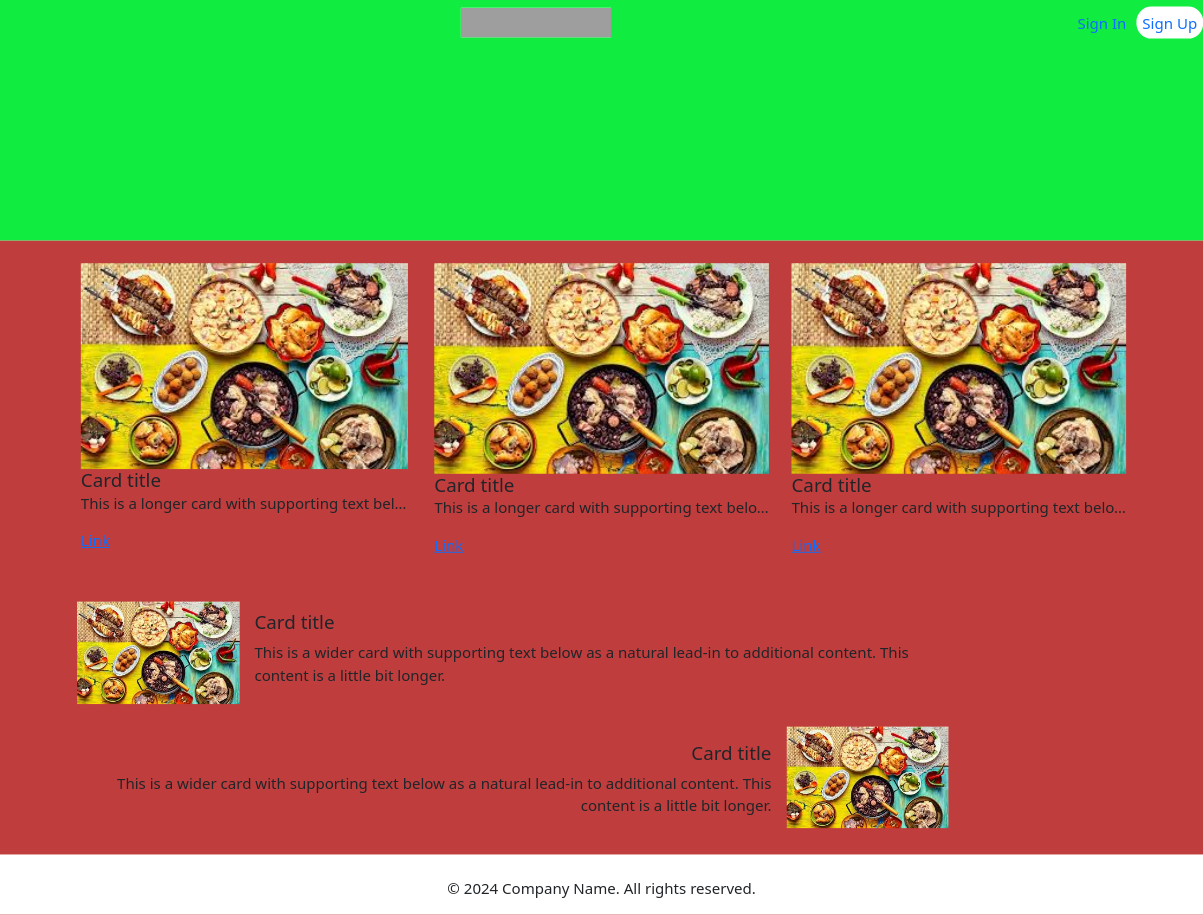
Repository: Joao-Rafael-mob/repoCurso
Page: index.html
These files come from the project's save history. The page is drawn as it stood at one moment and after the next save; the edit follows.
The browser window is 1280 px wide. The pictures show the whole page, at 94% of full size.
Pictures or frames that could not be fetched are drawn as grey boxes.

Above is the page before, as saved 2024-09-27 08:53:05.

### index.html
<!DOCTYPE html>
<html lang="en">
  <head>
    <meta charset="UTF-8" />
    <meta name="viewport" content="width=device-width, initial-scale=1.0" />
    <title>Document</title>
    <link rel="stylesheet" href="styles.css" />
    <link
      href="https://cdn.jsdelivr.net/npm/bootstrap@5.3.3/dist/css/bootstrap.min.css"
      rel="stylesheet"
      integrity="sha384-QWTKZyjpPEjISv5WaRU9OFeRpok6YctnYmDr5pNlyT2bRjXh0JMhjY6hW+ALEwIH"
      crossorigin="anonymous"
    />
  </head>

  <body>
    <div class="imagem-fundo">
      <nav class="navbar">
        <img src="logo.png" alt="Logo" />
        <div class="nav-links">
          <a href="#" class="nav-link1">Sign In</a>
          <a href="#" class="nav-link2">Sign Up</a>
        </div>
      </nav>


    </div>
    <main>
      <div class="container mt-4">
        <div class="row row-cols-1 row-cols-md-3 g-4">
          <div class="col px-3">
            <div>
              <img src="banner.jpeg" class="card-img-top" alt="" />
              <div class="card-body">
                <h5 class="card-title">Card title</h5>
                <p
                  class="text-truncate"
                  style="max-height: 4rem; overflow: hidden"
                >
                  This is a longer card with supporting text below as a natural
                  lead-in to additional content.
                </p>
                <a href="#">Link</a>
              </div>
            </div>
          </div>
          <div class="col">
            <div>
              <img src="banner.jpeg" class="card-img-top" alt="" />
              <div class="card-body">
                <h5 class="card-title">Card title</h5>
                <p
                  class="text-truncate"
                  style="max-height: 4rem; overflow: hidden"
                >
                  This is a longer card with supporting text below as a natural
                  lead-in to additional content.
                </p>
                <a href="#">Link</a>
              </div>
            </div>
          </div>
          <div class="col">
            <div>
              <img src="banner.jpeg" class="card-img-top" alt="" />
              <div class="card-body">
                <h5 class="card-title">Card title</h5>
                <p
                  class="text-truncate"
                  style="max-height: 4rem; overflow: hidden"
                >
                  This is a longer card with supporting text below as a natural
                  lead-in to additional content.
                </p>
                <a href="#">Link</a>
              </div>
            </div>
          </div>
        </div>
      </div>

      <div class="container mt-5">
        <div class="mb-4">
          <div class="row g-3 align-items-center">
            <div class="col-md-2">
              <img src="banner.jpeg" class="img-fluid card-img-top" alt="" />
            </div>
            <div class="col-md-8">
              <div class="mt-2">
                <h5>Card title</h5>
                <p>
                  This is a wider card with supporting text below as a natural
                  lead-in to additional content. This content is a little bit
                  longer.
                </p>
              </div>
            </div>
          </div>
        </div>

        <div class="mb-4 pb-4">
          <div class="row g-3 align-items-left">
            <div class="col-md-8">
              <div class="mt-3">
                <h5 class="text-end">Card title</h5>
                <p class="text-end">
                  This is a wider card with supporting text below as a natural
                  lead-in to additional content. This content is a little bit
                  longer.
                </p>
              </div>
            </div>
            <div class="col-md-2">
              <img src="banner.jpeg" class="img-fluid card-img-top" alt="" />
            </div>
          </div>
        </div>
      </div>
    </main>

    <footer class="text-center mt-4">
      <p>&copy; 2024 Company Name. All rights reserved.</p>
    </footer>

    <script
      src="https://cdn.jsdelivr.net/npm/bootstrap@5.3.3/dist/js/bootstrap.bundle.min.js"
      integrity="sha384-YvpcrYf0tY3lHB60NNkmXc5s9fDVZLESaAA55NDzOxhy9GkcIdslK1eN7N6jIeHz"
      crossorigin="anonymous"
    ></script>
  </body>
</html>

### styles.css
.imagem-fundo {
    background-color: rgb(16, 236, 64);
    background-position: center;
    color: white;
    width: 100%;
    min-height: 16rem;
}

.imagem-fundo .navbar img {
    background-color: rgb(255, 255, 255);
    margin: auto;
    width: 10rem;
    height: 2rem;
}

.imagem-fundo .navbar a {
    text-decoration: none;
    font-size: medium;
    padding: 0.4rem;
}

.imagem-fundo .navbar .nav-link2 {
    background-color: rgb(255, 255, 255);
    border-radius: 1rem;
}

.imagem-fundo .address {
    width: 50%;
    padding-top: 3rem;
    margin: auto;
}

.imagem-fundo .address a {
    width: 50%;
    margin: auto;
    text-decoration: none;
}

main  {
    background-color: rgb(192, 61, 61);

}

After the next save:
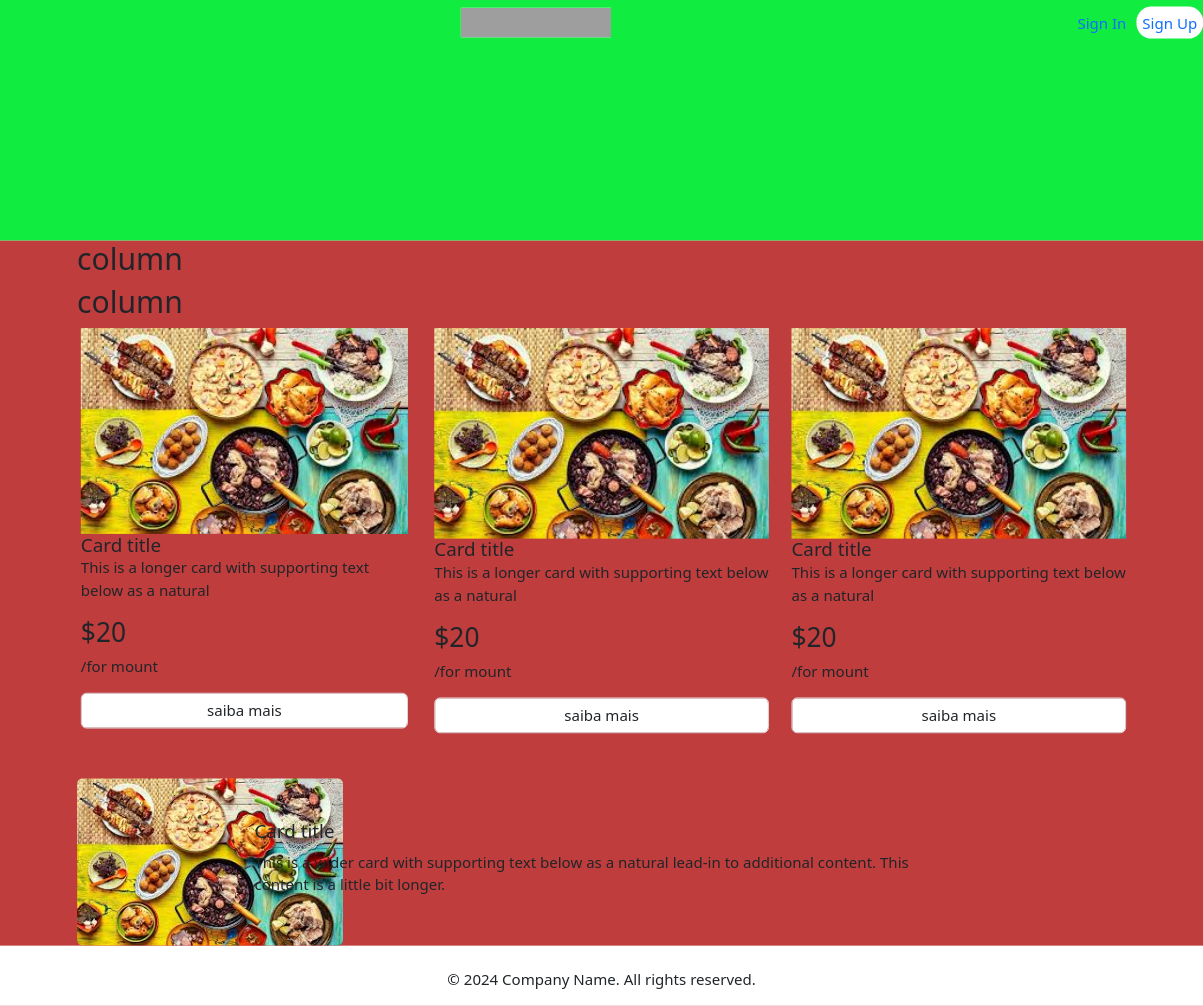
Saved 26 min 45 s later.
--- a/index.html
+++ b/index.html
@@ -22,25 +22,27 @@
           <a href="#" class="nav-link2">Sign Up</a>
         </div>
       </nav>
-
-
     </div>
     <main>
-      <div class="container mt-4">
+      <div class="container">
+        <div class="row row-cols-1">
+          <div class="col h2">column</div>
+          <div class="col h2">column</div>
+        </div>
         <div class="row row-cols-1 row-cols-md-3 g-4">
           <div class="col px-3">
             <div>
               <img src="banner.jpeg" class="card-img-top" alt="" />
               <div class="card-body">
                 <h5 class="card-title">Card title</h5>
-                <p
-                  class="text-truncate"
-                  style="max-height: 4rem; overflow: hidden"
-                >
+                <p class="" style="max-height: 4rem; overflow: hidden">
                   This is a longer card with supporting text below as a natural
-                  lead-in to additional content.
                 </p>
-                <a href="#">Link</a>
+
+                <h3>$20</h3>
+                <p>/for mount</p>
+
+                <button class="form-control">saiba mais</button>
               </div>
             </div>
           </div>
@@ -49,14 +51,15 @@
               <img src="banner.jpeg" class="card-img-top" alt="" />
               <div class="card-body">
                 <h5 class="card-title">Card title</h5>
-                <p
-                  class="text-truncate"
-                  style="max-height: 4rem; overflow: hidden"
-                >
+                <p class="" style="max-height: 4rem; overflow: hidden">
                   This is a longer card with supporting text below as a natural
-                  lead-in to additional content.
                 </p>
-                <a href="#">Link</a>
+                <div>
+                  <h3>$20</h3>
+                  <p>/for mount</p>
+
+                  <button class="form-control">saiba mais</button>
+                </div>
               </div>
             </div>
           </div>
@@ -65,14 +68,15 @@
               <img src="banner.jpeg" class="card-img-top" alt="" />
               <div class="card-body">
                 <h5 class="card-title">Card title</h5>
-                <p
-                  class="text-truncate"
-                  style="max-height: 4rem; overflow: hidden"
-                >
+                <p class="" style="max-height: 4rem; overflow: hidden">
                   This is a longer card with supporting text below as a natural
-                  lead-in to additional content.
                 </p>
-                <a href="#">Link</a>
+                <div>
+                  <h3>$20</h3>
+                  <p>/for mount</p>
+
+                  <button class="form-control">saiba mais</button>
+                </div>
               </div>
             </div>
           </div>
@@ -83,7 +87,7 @@
         <div class="mb-4">
           <div class="row g-3 align-items-center">
             <div class="col-md-2">
-              <img src="banner.jpeg" class="img-fluid card-img-top" alt="" />
+              <img src="banner.jpeg" class="rounded float-start" alt="" />
             </div>
             <div class="col-md-8">
               <div class="mt-2">
@@ -94,24 +98,6 @@
                   longer.
                 </p>
               </div>
-            </div>
-          </div>
-        </div>
-
-        <div class="mb-4 pb-4">
-          <div class="row g-3 align-items-left">
-            <div class="col-md-8">
-              <div class="mt-3">
-                <h5 class="text-end">Card title</h5>
-                <p class="text-end">
-                  This is a wider card with supporting text below as a natural
-                  lead-in to additional content. This content is a little bit
-                  longer.
-                </p>
-              </div>
-            </div>
-            <div class="col-md-2">
-              <img src="banner.jpeg" class="img-fluid card-img-top" alt="" />
             </div>
           </div>
         </div>
